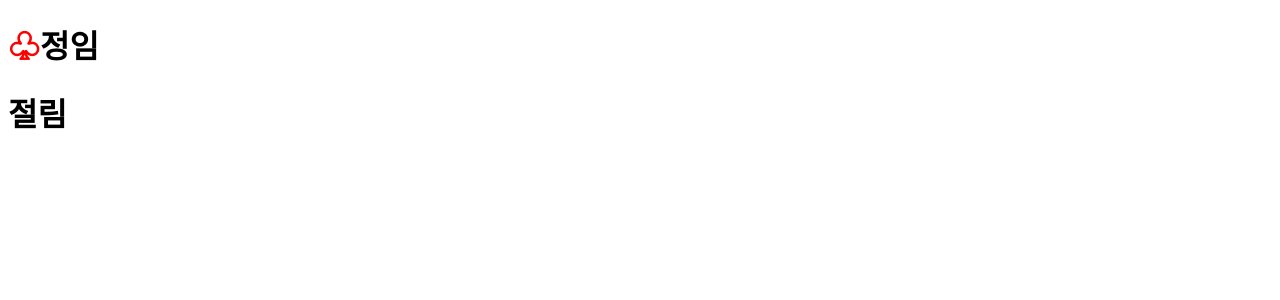
Repository: YERIN0531/SEOYERIN_WEBPRO
Page: gitSource/07_jQuery/jq01/WebContent/09_append_prepend_off_trigger.html
The author's editor kept a copy of each file at every save. The page is drawn from the files as they stood at one save, then again after the next save.
The browser window is 1280 px wide. The pictures show the whole page.
After loading, the first visible `#h1` was clicked once.

Above is the page before, as saved 2022-06-21 04:53:06.
Console error: TypeError: $(...).apend is not a function

### gitSource/07_jQuery/jq01/WebContent/09_append_prepend_off_trigger.html
<!DOCTYPE html>
<html>
<head>
<meta charset="UTF-8">
<title>Insert title here</title>
<style>
	.red {color:red;}
	.blue{color:blue;}
</style>
<script src="https://code.jquery.com/jquery-3.6.0.min.js"></script>
<script>
 $(document).ready(function(){
	 var h1HitCnt = 0; //h1의 hit 수 갖고 있기
	 $('#h2').click(function(){
		 $(this).prepend('<b class="red">♡</b>');
		 $(this).append('<b class="blue">♡</b>');
	 });

	 $('#h1').click(function(){
		h1HitCnt ++;
		if(h1HitCnt < 6){
			$(this).prepend('<span class="red">♧</span>');
			$(this).apend('<span class="blue">♧</span>');
		}else{// 클릭한 횟수가 6회가 되면 else로 빠져 이벤트를 제거 할 것
			$('#h1').off();
		}
	 });

 });
 </script>
</head>
<body>
	<h1 id="h1">정임</h1>
	<h1 id="h2">절림</h1>
</body>
</html>

After the next save:
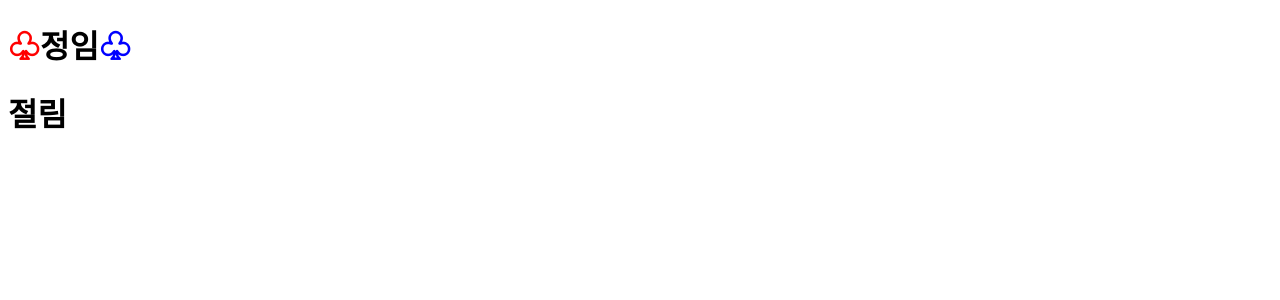
The error is gone.
Saved 85 s later.
--- a/gitSource/07_jQuery/jq01/WebContent/09_append_prepend_off_trigger.html
+++ b/gitSource/07_jQuery/jq01/WebContent/09_append_prepend_off_trigger.html
@@ -20,7 +20,7 @@
 		h1HitCnt ++;
 		if(h1HitCnt < 6){
 			$(this).prepend('<span class="red">♧</span>');
-			$(this).apend('<span class="blue">♧</span>');
+			$(this).append('<span class="blue">♧</span>');
 		}else{// 클릭한 횟수가 6회가 되면 else로 빠져 이벤트를 제거 할 것
 			$('#h1').off();
 		}
